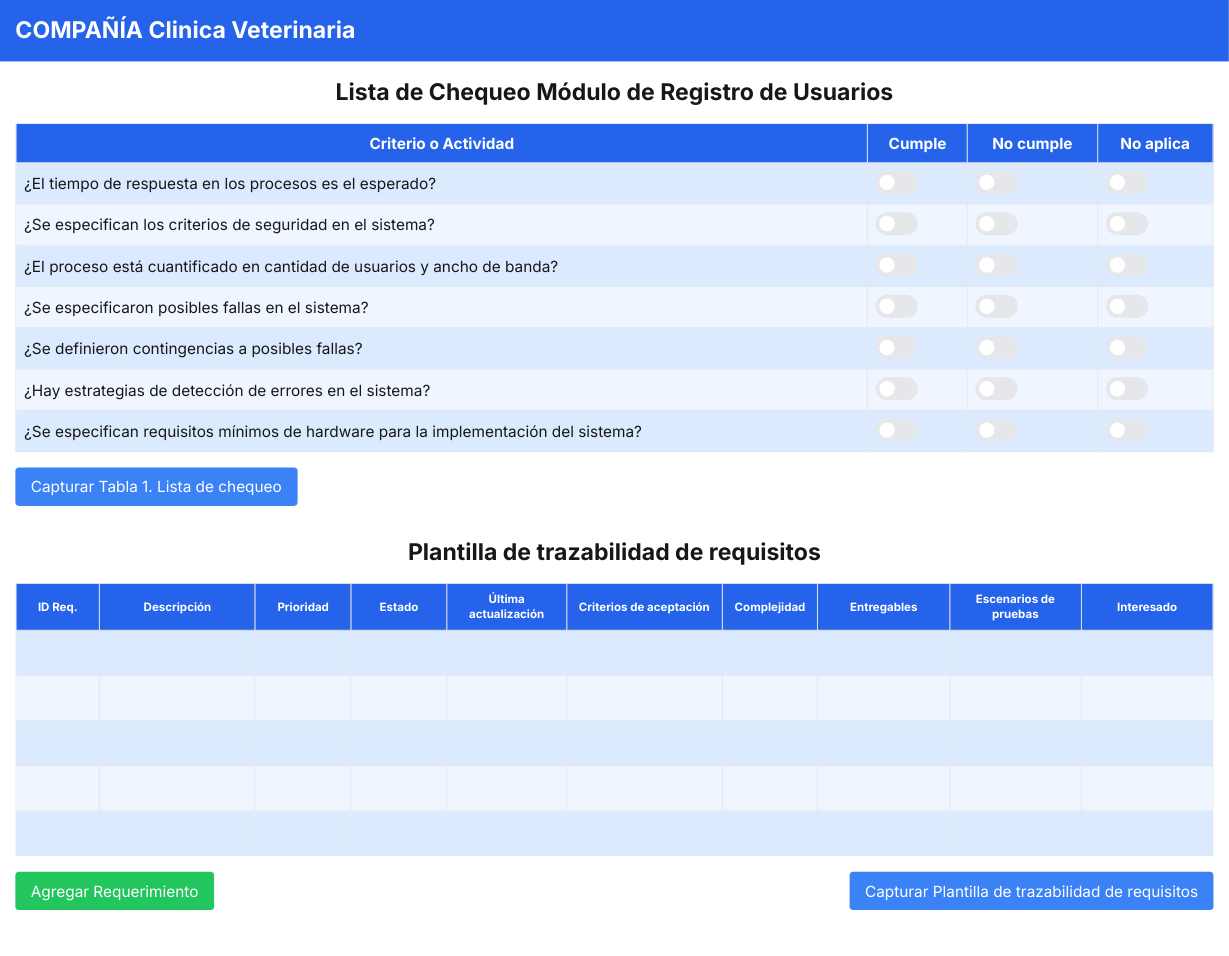
Repository: CiroAlfa/lista-de-Chequeo
Page: /
An editor plug-in stored every save of this project. The page is shown before and after the next save, followed by the edit.
The browser window is 1280 px wide. The pictures show the whole page, at 96% of full size.
The project was rebuilt for these pictures with package versions that can differ from the ones it lists, and the page was loaded fresh each time. The framework's server and built-in components were replaced by stand-ins that run in the browser. Also part of the build but not shown: next.config.mjs.

Above is the page before, as saved 2024-09-27 14:15:10.

After the next save:
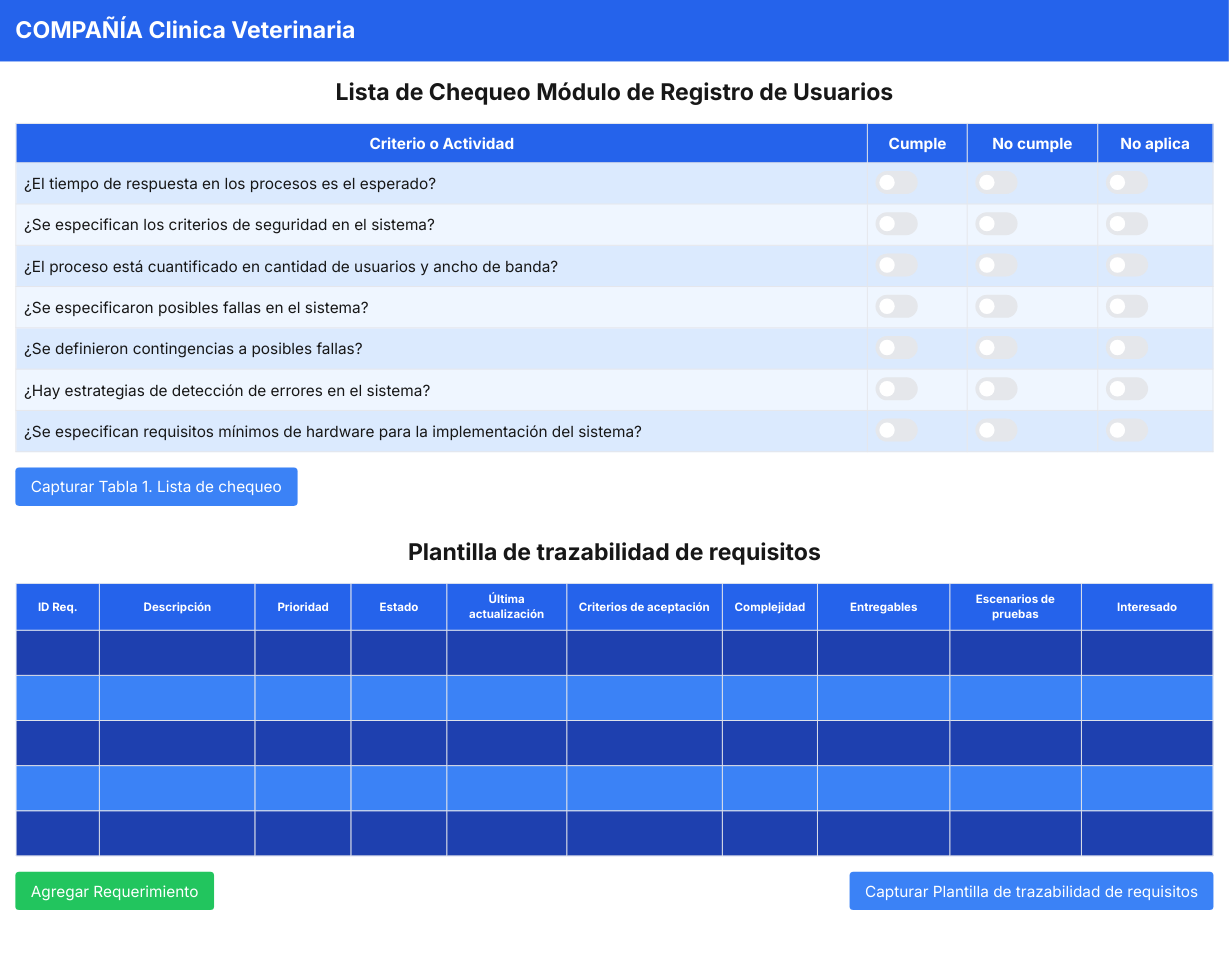
Saved 61 s later.
--- a/src/app/page.tsx
+++ b/src/app/page.tsx
@@ -181,7 +181,7 @@ export default function Home() {
       </thead>
       <tbody>
         {requirements.map((item, index) => (
-          <tr key={index} className={index % 2 === 0 ? 'bg-blue-100' : 'bg-blue-50'}>
+          <tr key={index} className={index % 2 === 0 ? 'bg-blue-800' : 'bg-blue-500'}>
             <td className="border p-1">
               <input
                 type="text"
